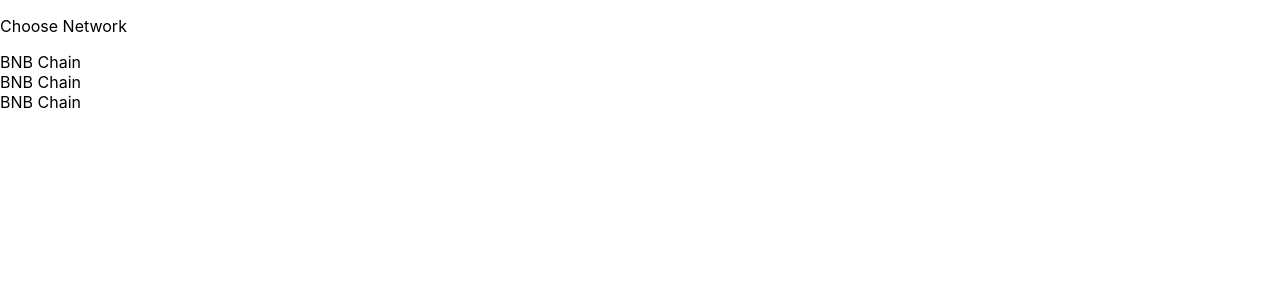
Repository: m-ahmadshaikh/Wallet-Connect
Page: /
The author's editor kept a copy of each file at every save. The page is drawn from the files as they stood at one save, then again after the next save.
The browser window is 1280 px wide. The pictures show the whole page.
The project was rebuilt for these pictures with package versions that can differ from the ones it lists, and the page was loaded fresh each time. Also part of the build but not shown: src/App.css, src/components/Button/Button.module.css.

Above is the page before, as saved 2023-01-19 17:57:06.

### src/App.js
import './App.css';
import Button from './components/Button/Button';

function App() {
  return (
    <div>

      <p>Choose Network</p>
      <div><Button text={'BNB Chain'}/></div>
      <div><Button text={'BNB Chain'}/></div>
      <div><Button text={'BNB Chain'}/></div>
    </div>
  );
}

export default App;

### src/components/Button/Button.jsx
import React from 'react';
import classes from './Button.module.css';
function Button({ text }) {
  return <div className={classes.main}>{text}</div>;
}

export default Button;

Loaded but not shown: public/index.html (common file); src/index.js (common file); src/index.css (common file); src/reportWebVitals.js (common file)

After the next save:
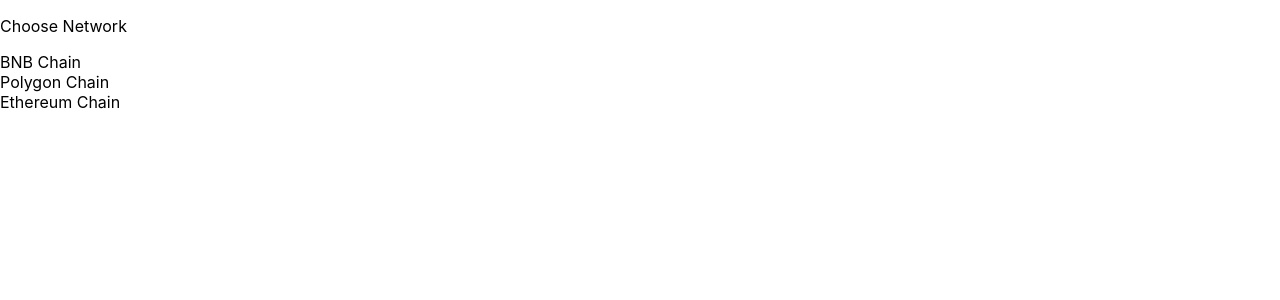
Saved 11 s later.
--- a/src/App.js
+++ b/src/App.js
@@ -7,8 +7,8 @@
 
       <p>Choose Network</p>
       <div><Button text={'BNB Chain'}/></div>
-      <div><Button text={'BNB Chain'}/></div>
-      <div><Button text={'BNB Chain'}/></div>
+      <div><Button text={'Polygon Chain'}/></div>
+      <div><Button text={'Ethereum Chain'}/></div>
     </div>
   );
 }
